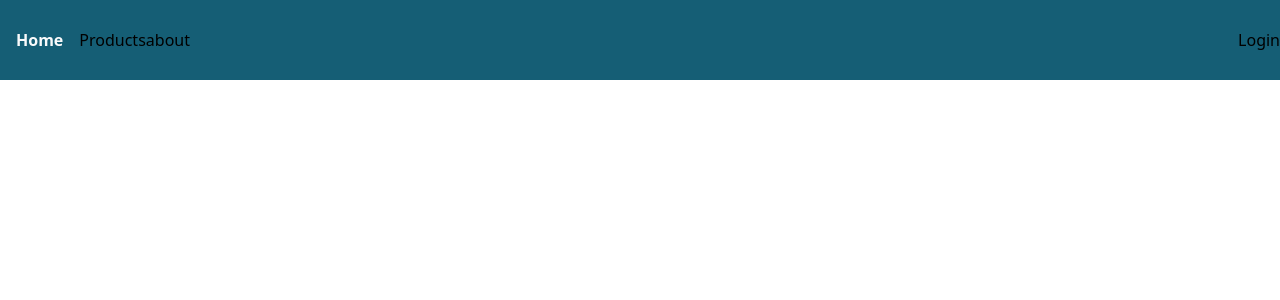
Repository: Sanaa00/svelte-test
Page: /
These files come from the project's save history. The page is drawn as it stood at one moment and after the next save; the edit follows.
The browser window is 1280 px wide. The pictures show the whole page.
The project was rebuilt for these pictures with package versions that can differ from the ones it lists, and the page was loaded fresh each time. The framework's server and built-in components were replaced by stand-ins that run in the browser. Also part of the build but not shown: svelte.config.js, vite.config.js.

Above is the page before, as saved 2024-12-08 19:35:59.

After the next save:
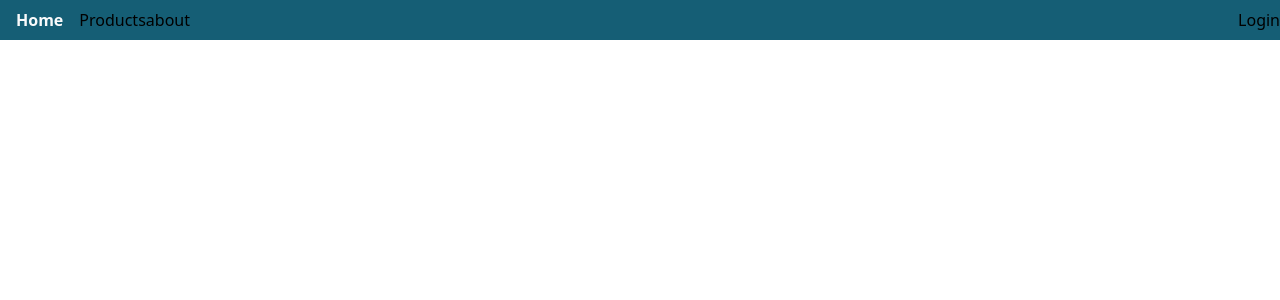
Saved 6 s later.
--- a/src/component/Navbar.svelte
+++ b/src/component/Navbar.svelte
@@ -2,7 +2,7 @@
 </script>
 
 <main class="w-full">
-	<nav class="flex h-20 w-full items-center justify-between bg-cyan-800">
+	<nav class="flex h-10 w-full items-center justify-between bg-cyan-800">
 		<ul class="flex">
 			<li class="px-4 font-semibold text-gray-50">Home</li>
 			<li>Products</li>
